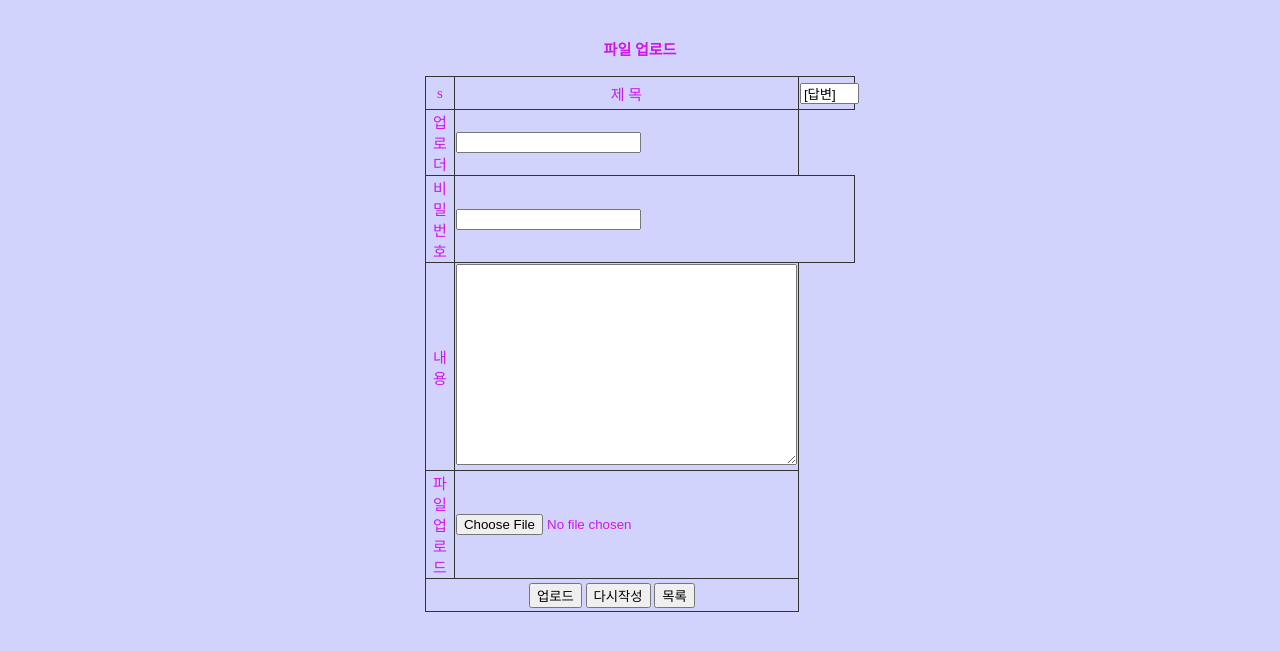
Repository: LouisKisaragi/BB-Bank
Page: http://localhost/FUBoard/board/writeForm.jsp
These files come from the project's save history. The page is drawn as it stood at one moment and after a run of saves; the edit follows.
The browser window is 1280 px wide. The pictures show the whole page.
The page is served by Tomcat 9.

Above is the page before, as saved 2017-11-10 04:44:02.

After the next 3 saves:
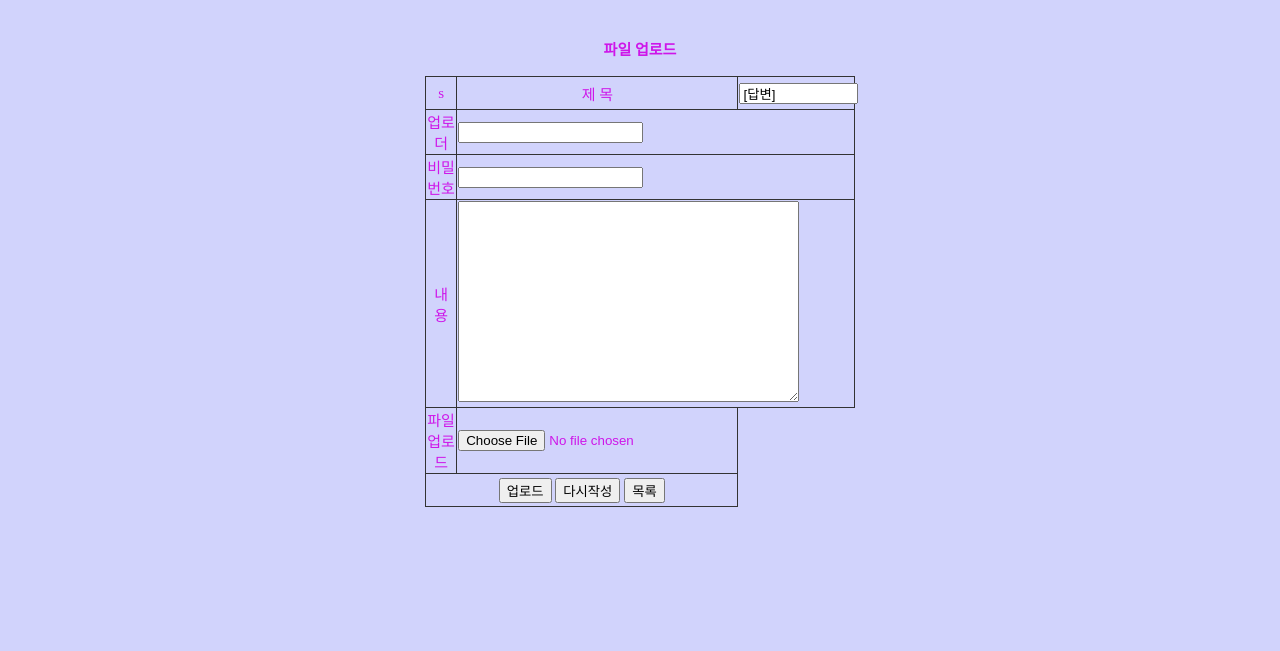
The 3 saves are shown as one change because they came seconds apart.
The last was saved 18 s later.
--- a/workspace/FUBoard/WebContent/board/writeForm.jsp
+++ b/workspace/FUBoard/WebContent/board/writeForm.jsp
@@ -36,7 +36,7 @@
 		</tr>
 		<tr>
 			<td class="attr">업로더</td>
-			<td>
+			<td COLSPAN="2">
 				<input type="text" name="writer">
 			</td>
 		</tr>
@@ -48,7 +48,7 @@
 		</tr>
 		<tr>
 			<td class="attr">내 용</td>
-			<td>
+			<td COLSPAN="2">
 				<textarea name="content" rows="13" cols="40"></textarea>
 			</td>
 		</tr>
